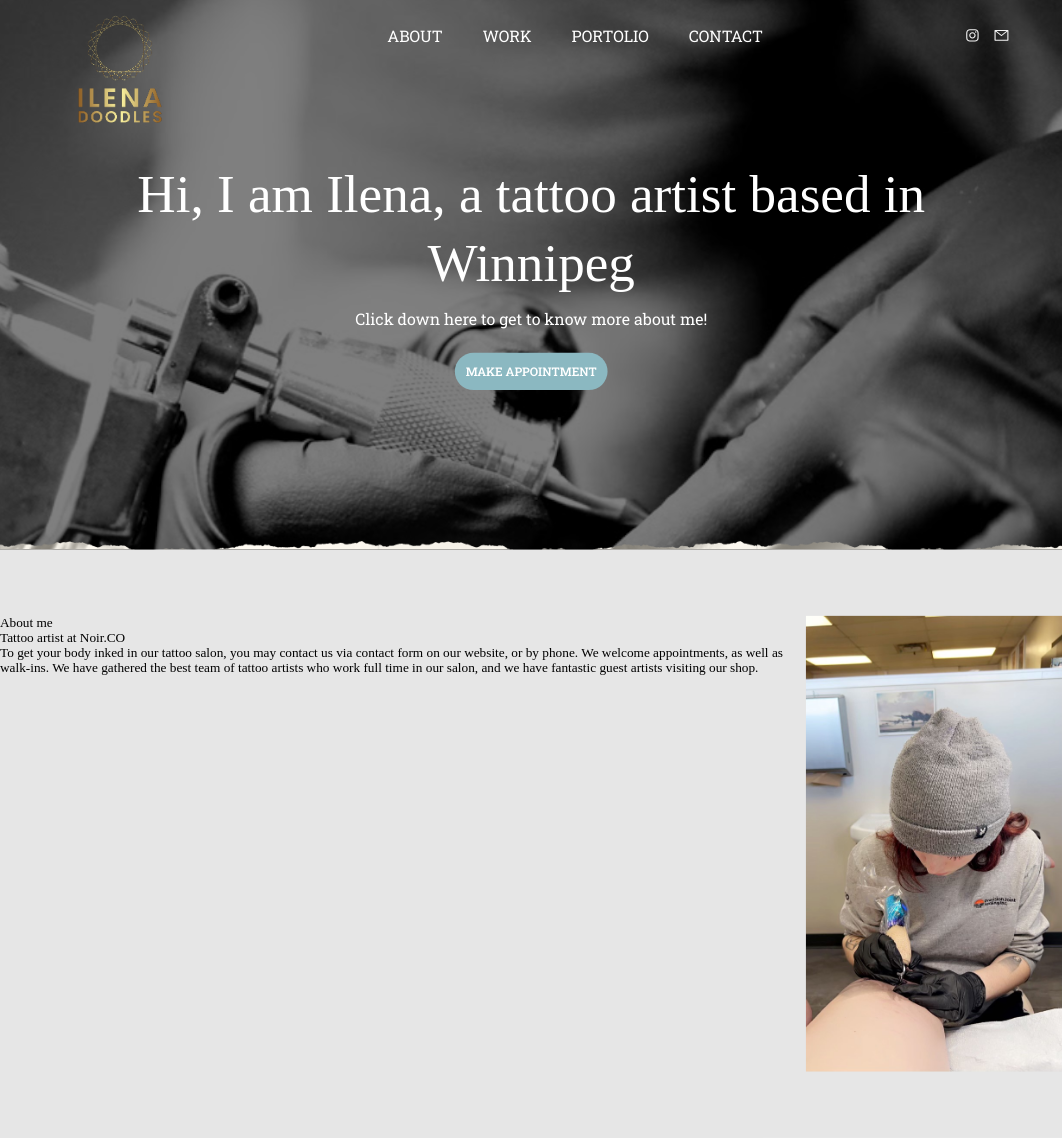
Repository: Leoka2000/Ilena
Page: /
The author's editor kept a copy of each file at every save. The page is drawn from the files as they stood at one save, then again after the next save.
The browser window is 1280 px wide. The pictures show the whole page, at 83% of full size.
Some web fonts or font styles are not loaded; a fallback is used. The project was rebuilt for these pictures with package versions that can differ from the ones it lists, and the page was loaded fresh each time. Also part of the build but not shown: src/App.css.

Above is the page before, as saved 2023-03-02 13:25:10.

### public/index.html
<!DOCTYPE html>
<html lang="en">
  <head>
    <meta charset="utf-8" />
    <link rel="icon" href="%PUBLIC_URL%/favicon.ico" />
    <meta name="viewport" content="width=device-width, initial-scale=1" />
    <meta name="theme-color" content="#000000" />
    <meta
      name="description"
      content="Web site created using create-react-app"
    />
    <link rel="apple-touch-icon" href="%PUBLIC_URL%/logo192.png" />
    <!--
      manifest.json provides metadata used when your web app is installed on a
      user's mobile device or desktop. See https://developers.google.com/web/fundamentals/web-app-manifest/
    -->

    <!-- Gloock -->
    <link rel="preconnect" href="https://fonts.googleapis.com">
<link rel="preconnect" href="https://fonts.gstatic.com" crossorigin>
<link href="https://fonts.googleapis.com/css2?family=Fira+Sans+Extra+Condensed:wght@300&family=Inter:wght@300;400;500;600;700&family=Roboto+Condensed:wght@300&family=Roboto+Slab:wght@400;500;600&display=swap" rel="stylesheet">
    <!-- Gloock -->
    <!-- FONT MULISH -->
    <link rel="preconnect" href="https://fonts.googleapis.com">
<link rel="preconnect" href="https://fonts.gstatic.com" crossorigin>
<link href="https://fonts.googleapis.com/css2?family=Fira+Sans+Extra+Condensed:wght@300&family=Inter:wght@300;400;500;600;700&family=Roboto+Condensed:wght@300&family=Roboto+Slab:wght@400;500;600&display=swap" rel="stylesheet">
    <!-- FONT MULISH -->
    <link rel="manifest" href="%PUBLIC_URL%/manifest.json" />
    <!--
      Notice the use of %PUBLIC_URL% in the tags above.
      It will be replaced with the URL of the `public` folder during the build.
      Only files inside the `public` folder can be referenced from the HTML.

      Unlike "/favicon.ico" or "favicon.ico", "%PUBLIC_URL%/favicon.ico" will
      work correctly both with client-side routing and a non-root public URL.
      Learn how to configure a non-root public URL by running `npm run build`.
    -->
    <title>React App</title>
  </head>
  <body>
    <noscript>You need to enable JavaScript to run this app.</noscript>
    <div id="root"></div>
    <!--
      This HTML file is a template.
      If you open it directly in the browser, you will see an empty page.

      You can add webfonts, meta tags, or analytics to this file.
      The build step will place the bundled scripts into the <body> tag.

      To begin the development, run `npm start` or `yarn start`.
      To create a production bundle, use `npm run build` or `yarn build`.
    -->
  </body>
</html>

### src/App.js
import Home from './pages/home/home'
import './App.css';
import Navbar from './components/navbar';

function App() {
  return (
    <>
      <Navbar/>
    <Home/>
    </>
  );
}

export default App;

### src/pages/home/home.js
import React from 'react'
import Hero from '../hero/hero'
import About from '../about/about'


const home = () => {
  return (
    <>
      <Hero/>
      <About/>
    </>
  )
}

export default home

### src/components/navbar.jsx
import React, { useRef, useState } from 'react'
import './navbar.css'
import { AiOutlineInstagram } from 'react-icons/ai'
import { AiOutlineMail } from 'react-icons/ai'
import Logo from '../assets/brand/logo.png'
import { FaBars } from 'react-icons/fa'
import { FaTimes } from 'react-icons/fa'
import { Link } from 'react-scroll'

const Navbar = () => {
  const navRef = useRef();

  const showNavbar = () => {
    navRef.current.classList.toggle("responsive_nav");
  };

  return (
    <div className='navbar-renderer'>
      <nav ref={navRef}>
        <img src={Logo} />
        <ul>
          <li><Link onClick={showNavbar} spy={true} smooth={true} offset={100} duration={500}>ABOUT</Link></li>
          <li><Link onClick={showNavbar} spy={true} smooth={true} offset={100} duration={500}>WORK</Link></li>
          <li><Link onClick={showNavbar} spy={true} smooth={true} offset={100} duration={500}>PORTOLIO</Link></li>
          <li><Link onClick={showNavbar} spy={true} smooth={true} offset={100} duration={500}>CONTACT</Link></li>
        </ul>
        <div className='navbar-icons-wrapper'>
          <a><AiOutlineInstagram /></a>
          <a><AiOutlineMail /></a>
        </div>
        <button
          className="close"
          onClick={showNavbar}>
          <FaTimes />
        </button>
      </nav>

      <button onClick={showNavbar} className='bars-button'>
        <FaBars className='bars' />
      </button>
    </div>
  )
}

export default Navbar

### src/pages/hero/hero.js
import React from 'react'
import './hero.css'

const hero = () => {
  return (
    <section className='hero-section'>
      <h1>Hi, I am Ilena, a tattoo artist based in Winnipeg</h1>
      <p>Click down here to get to know more about me!</p>
      <button>MAKE APPOINTMENT</button>
    </section>
  )
}

export default hero

### src/pages/about/about.jsx
import React from 'react'
import './about.css'
import Ilena from '../../assets/brand/Illena.jpg'

const About = () => {
  return (
    <section className='about-section'>
      <div className='left-about'>
        <h1>About me</h1>
        <h3>Tattoo artist at Noir.CO</h3>
        <p>To get your body inked in our tattoo salon, you may contact us via contact form on our website, or by phone. We welcome appointments, as well as walk-ins. We have gathered the best team of tattoo artists who work full time in our salon, and we have fantastic guest artists visiting our shop.</p>
      </div>
      <div className='right-about'>
        <div className='img-thumbnail'><img src={Ilena}/></div>
      </div>
    </section>
  )
}

export default About

### src/components/navbar.css
.navbar-renderer {
    display: flex;
    justify-content: center;
    position:absolute;
    width: 100%;
    z-index: 1;
}
nav {
    display: flex;
    height: 85px;
background-color: transparent;
justify-content: space-between;
align-items: center;
width: 90%;
font-family: 'Fira Sans Extra Condensed', sans-serif;
font-family: 'Inter', sans-serif;
font-family: 'Roboto Condensed', sans-serif;
font-family: 'Roboto Slab', serif;

}
nav > img {
width: 10rem;
height: 10rem;
margin-top: 5rem;
}

nav > ul {
    display: flex;
    gap: 3rem;
    font-size: 1.2rem;
    color: white;
}
nav > ul > li:hover {
    color: rgb(133, 113, 0);
}
nav > ul > li {
   list-style: none;
   cursor: pointer;
   transition: 0.5s;

}
.navbar-icons-wrapper {
    display: flex;
    color: whitesmoke;
    font-size: 1.2rem;
    gap: 1rem;

}
.navbar-icons-wrapper > a > svg {
    transition: 0.4s;
}
.navbar-icons-wrapper > a > svg:hover {
    cursor: pointer;
    color: rgb(133, 113, 0);
}
.bars-button {
    position: fixed;
    right: 10rem;
    font-size: 2rem;
    background-color: transparent;
    outline: none;
    border: none;
    cursor: pointer;
    display: none;
}
.close {
    display: none;
}
@media only screen and (max-width: 1024px) {
    .bars-button {
        position: fixed;
        right: 1.5em;
        top: 1.5rem;
        font-size: 2rem;
        background-color: transparent;
        outline: none;
        border: none;
        cursor: pointer;
        display: flex;
    }
    .close {
        position: absolute;
		top: 1.5rem;
		right: 1.5rem;
        color: rgb(0, 0, 0);
        background: transparent;
	border: none;
	outline: none;
    display: flex;
    font-size: 1.7rem;
    cursor: pointer;
     }
    .responsive_nav{
		transform: none;
        display: flex;
        justify-content: flex-start;
		width: 100%;


	}
	nav {
        position: fixed;
		top: 0rem;
		left: 0rem;
		height: 100%;
		width: 100%;
		display: flex;
		flex-direction: column;
		align-items: center;
		justify-content: flex-start;
		gap: 2rem;
        text-align: center;
		padding-top: 5rem;
		transition: 0.8s;
		transform: translateY(-200vh);
        color: #677294;
		/* IMPORTANTE */
		background-color: rgb(206, 206, 206);
        z-index: 50;
	/* aqui que a magica acontece, esse é mt importante */
	}
}

### src/pages/hero/hero.css
.hero-section {
  position: relative;
  padding: 12rem 0 12rem 0;
  background-image: url('../../assets/brand/hero-img.png');
  object-fit: contain;
  background-position: top;
  background-attachment: scroll;
  z-index: 0;
  display: flex;
  justify-content: center;
  flex-direction: column;
  align-items: center;
  text-align: center;
  color: white;
  gap: 0.8rem;
}

.hero-section::after {
    position: absolute; /*IMPORTANT!*/
    background-color: transparent;
    content: "";
    width: 100%;
    height: 10px;
    mix-blend-mode:difference;
    left: 0;
    z-index: 1;
    bottom: 0rem;
background: url(../../assets/brand/overlay-bottom.png);
}
.hero-section::before {
  content: "";
  position: absolute;
  top: 0;
  left: 0;
  width: 100%;
  height: 100%;
  background-color: rgba(0, 0, 0, 0.5); /* adjust the opacity as needed */
  filter: brightness(0.7); /* apply the filter to the overlay */
  z-index: -1;
}

.hero-section > h1 {
  font-family: 'Gloock', serif;
  font-size: 4rem;
  width: 80%;
  filter: brightness(100%);
  color: rgb(255, 255, 255);
  line-height: 1.3;
}

.hero-section > p {
  color: rgb(255, 255, 255);
  font-size: 1.2rem;
font-family: 'Roboto Slab', serif;

}
.hero-section > button {
    background: #8bb8c1;
    padding: 0.8rem;
    border-radius: 24px;
    border: none;
    color: white;
    font-family: 'Roboto Slab', serif;
    margin-top: 1rem;
    font-weight: 900;
    font-size: 0.9rem;
    cursor: pointer;
    z-index: 0;
    transition: 0.3s;
    transform: scale(1,1);
}

.hero-section > button:hover {
    background: #ffffff;
   color: black;
    font-size: 0.9rem;
    z-index: 0;
}

### src/pages/about/about.css
.about-section {
    padding: 5rem 0 5rem 0;
    background-color: #e6e6e6;
    display: flex;
}

Loaded but not shown: src/index.js (common file); src/index.css (common file)

After the next save:
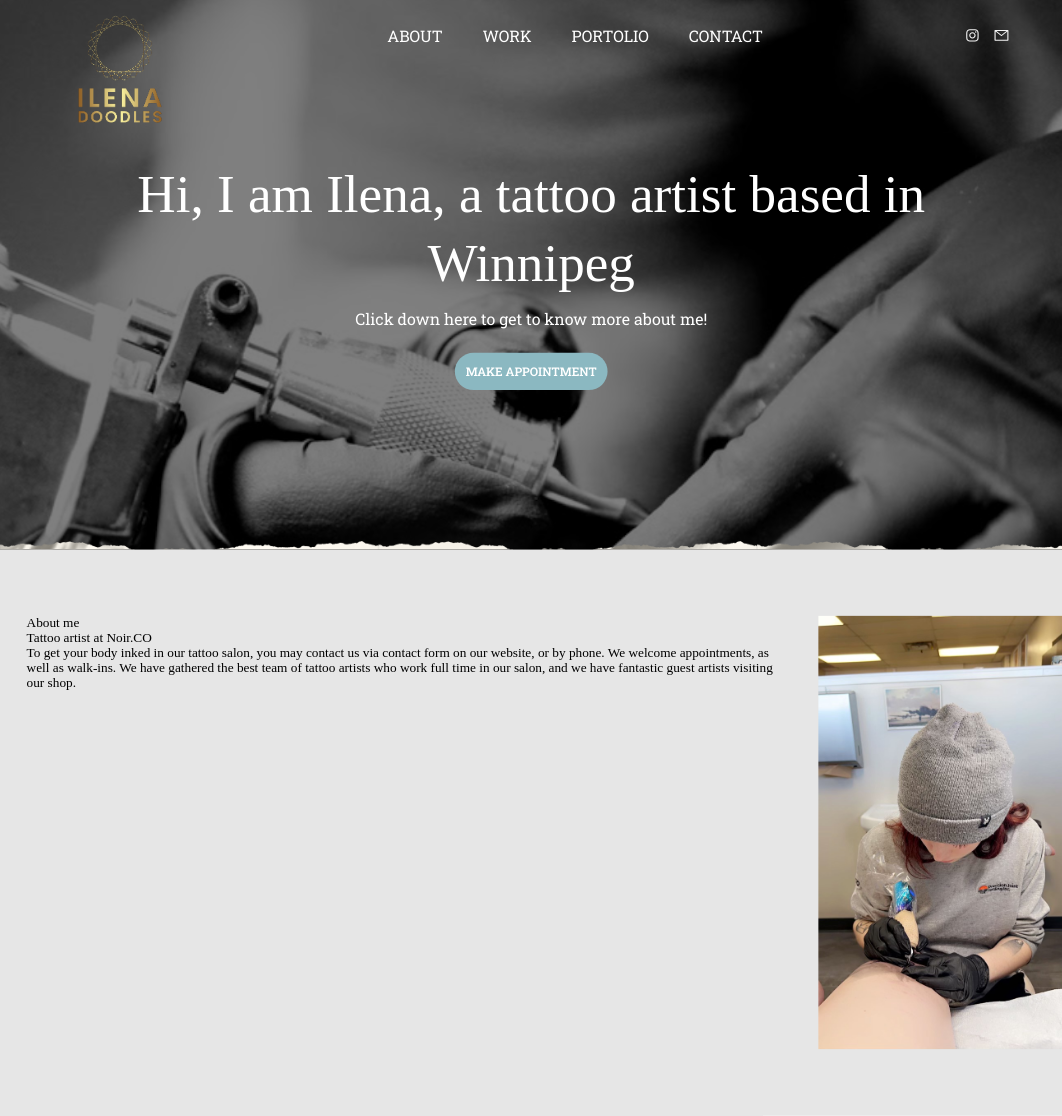
Saved 2 min 40 s later.
--- a/src/pages/about/about.css
+++ b/src/pages/about/about.css
@@ -3,3 +3,7 @@
     background-color: #e6e6e6;
     display: flex;
 }
+.left-about {
+    padding-right: 2rem;
+    padding-left: 2rem;
+}
